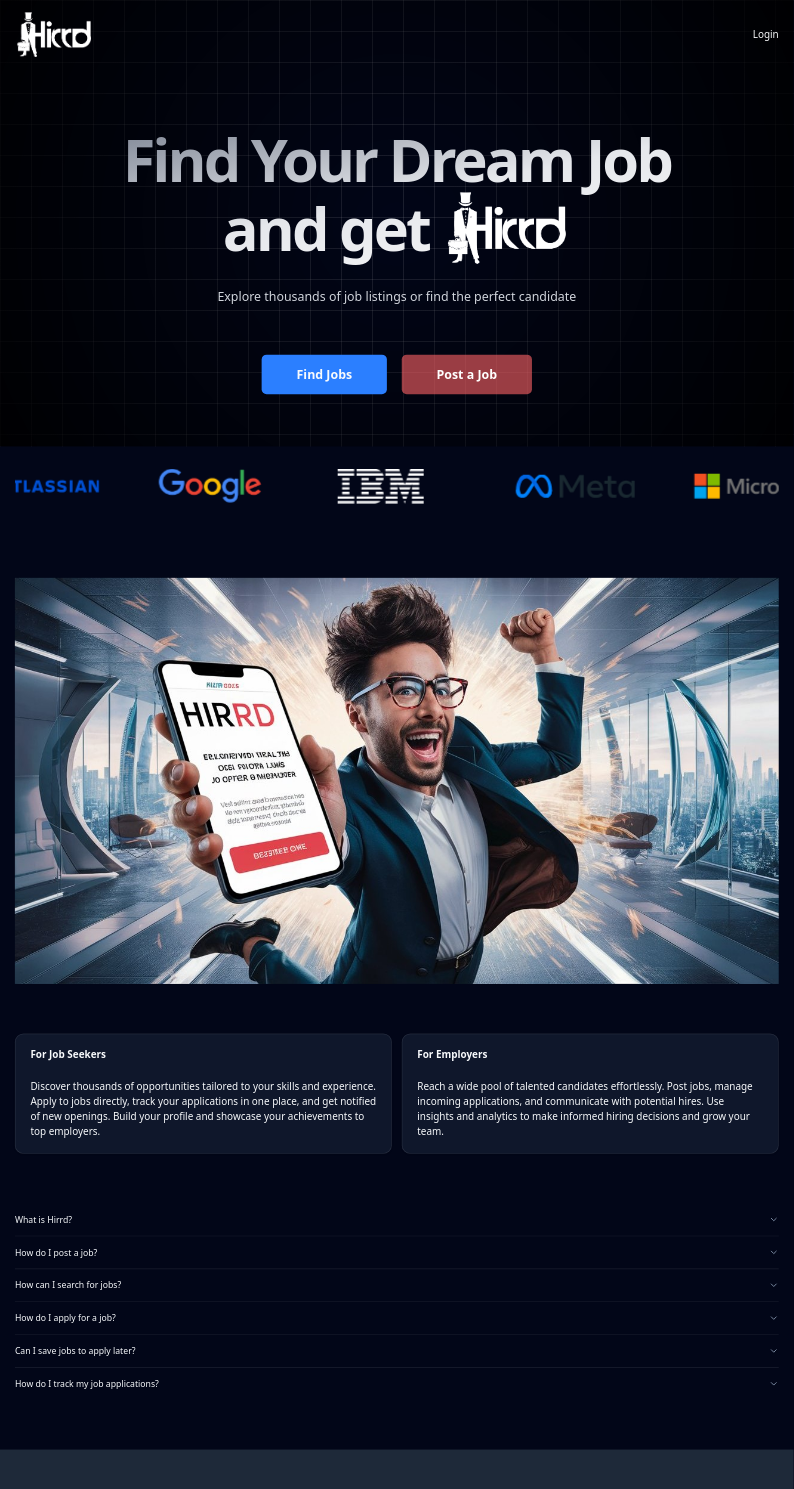
Repository: RahulRajKhadka/Job_protel_react
Page: /
The author's editor kept a copy of each file at every save. The page is drawn from the files as they stood at one save, then again after a run of saves.
The browser window is 1280 px wide. The pictures show the whole page, at 62% of full size.
The project was rebuilt for these pictures with package versions that can differ from the ones it lists, and the page was loaded fresh each time. Some packages were replaced by stand-ins written for this rebuild. Also part of the build but not shown: vite.config.js, src/pages/OnBoarding.jsx, src/pages/JobListing.jsx, src/pages/saved-job.jsx, src/pages/JobPage.jsx, src/pages/postJob.jsx, src/pages/MyJobs.jsx.

Above is the page before, as saved 2025-12-25 13:35:06.

### index.html
<!doctype html>
<html lang="en">
  <head>
    <meta charset="UTF-8" />
    <link rel="icon" type="image/svg+xml" href="/vite.svg" />
    <meta name="viewport" content="width=device-width, initial-scale=1.0" />
    <title>job-portel</title>
  </head>
  <body>
    <div id="root"></div>
    <script type="module" src="/src/main.jsx"></script>
  </body>
</html>

### src/main.jsx
import { StrictMode } from 'react'
  import { createRoot } from 'react-dom/client'
  import './index.css'
  import App from './App.jsx'
  import { ClerkProvider } from '@clerk/clerk-react'
  import {shadesOfPurple} from "@clerk/themes";

  // Import your Publishable Key
  const PUBLISHABLE_KEY = import.meta.env.VITE_CLERK_PUBLISHABLE_KEY

  if (!PUBLISHABLE_KEY) {
    throw new Error('Add your Clerk Publishable Key to the .env file')
  }

  createRoot(document.getElementById('root')).render(
    <StrictMode>
      <ClerkProvider
      appearance={{
        baseTheme:shadesOfPurple,
      }}
      publishableKey={PUBLISHABLE_KEY}>
        <App />
      </ClerkProvider>
    </StrictMode>,
  )

### src/App.jsx

import './App.css'
import { ThemeProvider } from "./components/ui/theme-provider.jsx"
import { RouterProvider } from 'react-router-dom'
import {Button} from "./components/ui/button.jsx"
import { createBrowserRouter } from 'react-router-dom'
import AppLayout from "./Layouts/AppLayout.jsx"
import LandingPage from './pages/LandingPage.jsx'

import OnBoarding from './pages/OnBoarding.jsx'
import JobListing from './pages/JobListing.jsx'
import SavedJob from './pages/saved-job.jsx'
import JobPage from "./pages/JobPage.jsx"
import PostJob from './pages/postJob'
import MyJobs from './pages/MyJobs'

const router=createBrowserRouter([


  {element:<AppLayout/>,
    children:[
      {
        path:'/',
        element:<LandingPage/>
      },

      {
        path:'/Onboarding',
        element:<OnBoarding/>
      },
      {
        path:'/jobs',
        element:<JobListing/>
      },
      {
        path:'/job/:id',
        element:<JobPage/>
      },
      {
        path:'/post-job',
        element:<PostJob/>
      },
      {
        path:'/saved-job',
        element:<SavedJob/>
      },
      {
        path:'/my-job',
        element:<MyJobs/>
      }
    ]

  }
]
)

function App() {


  return (
  <ThemeProvider defaultTheme="dark"  storageKey="vite-ui-theme">

      <RouterProvider router={router} />
  </ThemeProvider>
  )
}

export default App

### src/App.css

.grid-background {
  position: fixed;
  top: 0;
  left: 0;
  width: 100%;
  height: 100%;
  background: linear-gradient(
      to right,
      rgba(255, 255, 255, 0.1) 1px,
      transparent 1px
    ),
    linear-gradient(to bottom, rgba(255, 255, 255, 0.1) 1px, transparent 1px);
  background-size: 50px 50px;
  pointer-events: none;
  z-index: -1;
}

.grid-background::before {
  content: "";
  position: absolute;
  top: 0;
  left: 0;
  width: 100%;
  height: 100%;
  background: radial-gradient(circle, transparent, rgba(0, 0, 0, 0.9));
}

### src/components/ui/theme-provider.jsx
import { createContext, useContext, useEffect, useState } from "react";

const ThemeProviderContext = createContext({
  theme: "system",
  setTheme: () => null,
});

export function ThemeProvider({ children, defaultTheme = "system", storageKey = "vite-ui-theme", ...props }) {
  const [theme, setThemeState] = useState(
    () => localStorage.getItem(storageKey) || defaultTheme
  );

  useEffect(() => {
    const root = window.document.documentElement;
    root.classList.remove("light", "dark");

    if (theme === "system") {
      const systemTheme = window.matchMedia("(prefers-color-scheme: dark)").matches
        ? "dark"
        : "light";
      root.classList.add(systemTheme);
      return;
    }

    root.classList.add(theme);
  }, [theme]);

  const setTheme = (newTheme) => {
    localStorage.setItem(storageKey, newTheme);
    setThemeState(newTheme);
  };

  const value = { theme, setTheme };

  return (
    <ThemeProviderContext.Provider {...props} value={value}>
      {children}
    </ThemeProviderContext.Provider>
  );
}

export const useTheme = () => {
  const context = useContext(ThemeProviderContext);

  if (!context) throw new Error("useTheme must be used within a ThemeProvider");

  return context;
};

### src/components/ui/button.jsx
import * as React from "react"
import { Slot } from "@radix-ui/react-slot"
import { cva } from "class-variance-authority";

import { cn } from "@/lib/utils"

const buttonVariants = cva(
  "inline-flex items-center justify-center gap-2 whitespace-nowrap rounded-md text-sm font-medium transition-all disabled:pointer-events-none disabled:opacity-50 [&_svg]:pointer-events-none [&_svg:not([class*='size-'])]:size-4 shrink-0 [&_svg]:shrink-0 outline-none focus-visible:border-ring focus-visible:ring-ring/50 focus-visible:ring-[3px] aria-invalid:ring-destructive/20 dark:aria-invalid:ring-destructive/40 aria-invalid:border-destructive",
  {
    variants: {
      variant: {
        default: "bg-primary text-primary-foreground hover:bg-primary/90",
        destructive:
          "bg-destructive text-white hover:bg-destructive/90 focus-visible:ring-destructive/20 dark:focus-visible:ring-destructive/40 dark:bg-destructive/60",
        outline:
          "border bg-background shadow-xs hover:bg-accent hover:text-accent-foreground dark:bg-input/30 dark:border-input dark:hover:bg-input/50",
        secondary:
          "bg-secondary text-secondary-foreground hover:bg-secondary/80",
        ghost:
          "hover:bg-accent hover:text-accent-foreground dark:hover:bg-accent/50",
          blue:"bg-blue-500 hover:bg-blue-600",
        link: "text-primary underline-offset-4 hover:underline",
      },
      size: {
        default: "h-9 px-4 py-2 has-[>svg]:px-3",
        sm: "h-8 rounded-md gap-1.5 px-3 has-[>svg]:px-2.5",
        lg: "h-10 rounded-md px-6 has-[>svg]:px-4",
        xl:"h-14 sm:h-16 rounded-md px-14 text-lg sm:text-xl font-bold ",
        icon: "size-9",
        "icon-sm": "size-8",
        "icon-lg": "size-10",
      },
    },
    defaultVariants: {
      variant: "default",
      size: "default",
    },
  }
)

function Button({
  className,
  variant = "default",
  size = "default",
  asChild = false,
  ...props
}) {
  const Comp = asChild ? Slot : "button"

  return (
    <Comp
      data-slot="button"
      data-variant={variant}
      data-size={size}
      className={cn(buttonVariants({ variant, size, className }))}
      {...props} />
  );
}

export { Button, buttonVariants }

### src/Layouts/AppLayout.jsx
import Header from "../components/ui/Header"
import { Outlet } from "react-router-dom"

const AppLayout = () => {
  return (
    <div className="min-h-screen flex flex-col">
      <div className="grid-background"></div>

      <main className="w-full max-w-screen-xl mx-auto px-4 sm:px-6  flex-1">
        <Header />
        <Outlet />
      </main>

      <footer className="w-full bg-gray-800 py-8 text-center text-sm text-gray-300">
      </footer>
    </div>
  )
}

export default AppLayout

### src/pages/LandingPage.jsx
import { Button } from "../components/ui/button.jsx"
import { Card, CardContent, CardHeader, CardTitle } from "../components/ui/card.jsx";
import {
  Carousel,
  CarouselContent,
  CarouselItem,
} from "../components/ui/carousel.jsx"
import companies from "../data/companies.json"
import Autoplay from "embla-carousel-autoplay"
import {
  Accordion,
  AccordionContent,
  AccordionItem,
  AccordionTrigger,
} from "../components/ui/accordion.jsx"
import faqs from "../data/faq.json"
import { Link } from "react-router-dom";

const LandingPage = () => {
  return (
    <main className="flex flex-col gap-10 sm:gap-20 py-10 sm:py-20">
      <section className="text-center ">
        <h1 className="flex flex-col items-center justify-center gradient-title font-extrabold text-4xl sm:text-6xl lg:text-8xl tracking-tighter py-4">
          Find Your Dream Job
          <span className="flex items-center gap-2 sm:gap-6">
            and get
            <img
              src="/logo.png"
              className="h-14 sm:h-24 lg:h-32"
              alt="Hirrd Logo"
            />
          </span>
        </h1>
        <p className="text-gray-300 sm:mt-4 text-xs sm:text-xl">
          Explore thousands of job listings or find the perfect candidate
        </p>
      </section>
      <div className="flex gap-6 justify-center">
        <Link to={"/jobs"}>
          <Button variant="blue" size="xl">
            Find Jobs
          </Button>
        </Link>
        <Link to={"/post-job"}>
          <Button variant="destructive" size="xl">
            Post a Job
          </Button>
        </Link>
      </div>
      <Carousel
        plugins={[
          Autoplay({
            delay: 2000,
          }),
        ]}
        className="w-full py-10"
      >
        <CarouselContent className="flex gap-5 sm:gap-20 items-center">
          {companies.map(({ name, id, path }) => (
            <CarouselItem key={id} className="basis-1/3 lg:basis-1/6 ">
              <img
                src={path}
                alt={name}
                className="h-9 sm:h-14 object-contain"
              />
            </CarouselItem>
          ))}
        </CarouselContent>
      </Carousel>
<img src="/banner.jpeg" className="w-full" />

      <section className="grid grid-cols-1 md:grid-cols-2 gap-4">
  <Card>
    <CardHeader>
      <CardTitle className="font-bold">For Job Seekers</CardTitle>
    </CardHeader>
    <CardContent>
      Discover thousands of opportunities tailored to your skills and experience.
      Apply to jobs directly, track your applications in one place, and get notified of new openings.
      Build your profile and showcase your achievements to top employers.
    </CardContent>
  </Card>

  <Card>
    <CardHeader>
      <CardTitle className="font-bold">For Employers</CardTitle>
    </CardHeader>
    <CardContent>
      Reach a wide pool of talented candidates effortlessly.
      Post jobs, manage incoming applications, and communicate with potential hires.
      Use insights and analytics to make informed hiring decisions and grow your team.
    </CardContent>
  </Card>
</section>


      <Accordion type="multiple" className="w-full">
        {faqs.map((faq, index) => (
          <AccordionItem key={index} value={`item-${index + 1}`}>
            <AccordionTrigger>{faq.question}</AccordionTrigger>
            <AccordionContent>{faq.answer}</AccordionContent>
          </AccordionItem>
        ))}
      </Accordion>

    </main>
  );
};

export default LandingPage;

### src/components/ui/Header.jsx

import React from 'react'
import {Link} from "react-router-dom"
import { SignedIn, SignedOut, SignInButton, UserButton } from '@clerk/clerk-react';


const Header = () => {
  return (
    <div>
    <nav className='py-4 flex justify-between items-center'>
      <Link>
      <img src="./logo.png" className='h-20'>
      </img>
      </Link>
      <button variant="outline">Login</button>
       {/* <SignedOut>
        <SignInButton />
      </SignedOut>
      <SignedIn>
        <UserButton />
      </SignedIn> */}
    </nav>
    </div>
  )
}

export default Header

### src/components/ui/card.jsx
import * as React from "react"

import { cn } from "@/lib/utils"

function Card({
  className,
  ...props
}) {
  return (
    <div
      data-slot="card"
      className={cn(
        "bg-card text-card-foreground flex flex-col gap-6 rounded-xl border py-6 shadow-sm",
        className
      )}
      {...props} />
  );
}

function CardHeader({
  className,
  ...props
}) {
  return (
    <div
      data-slot="card-header"
      className={cn(
        "@container/card-header grid auto-rows-min grid-rows-[auto_auto] items-start gap-2 px-6 has-data-[slot=card-action]:grid-cols-[1fr_auto] [.border-b]:pb-6",
        className
      )}
      {...props} />
  );
}

function CardTitle({
  className,
  ...props
}) {
  return (
    <div
      data-slot="card-title"
      className={cn("leading-none font-semibold", className)}
      {...props} />
  );
}

function CardDescription({
  className,
  ...props
}) {
  return (
    <div
      data-slot="card-description"
      className={cn("text-muted-foreground text-sm", className)}
      {...props} />
  );
}

function CardAction({
  className,
  ...props
}) {
  return (
    <div
      data-slot="card-action"
      className={cn(
        "col-start-2 row-span-2 row-start-1 self-start justify-self-end",
        className
      )}
      {...props} />
  );
}

function CardContent({
  className,
  ...props
}) {
  return (<div data-slot="card-content" className={cn("px-6", className)} {...props} />);
}

function CardFooter({
  className,
  ...props
}) {
  return (
    <div
      data-slot="card-footer"
      className={cn("flex items-center px-6 [.border-t]:pt-6", className)}
      {...props} />
  );
}

export {
  Card,
  CardHeader,
  CardFooter,
  CardTitle,
  CardAction,
  CardDescription,
  CardContent,
}

### src/components/ui/carousel.jsx
import * as React from "react"
import useEmblaCarousel from "embla-carousel-react";
import { ArrowLeft, ArrowRight } from "lucide-react"

import { cn } from "@/lib/utils"
import { Button } from "@/components/ui/button"

const CarouselContext = React.createContext(null)

function useCarousel() {
  const context = React.useContext(CarouselContext)

  if (!context) {
    throw new Error("useCarousel must be used within a <Carousel />")
  }

  return context
}

function Carousel({
  orientation = "horizontal",
  opts,
  setApi,
  plugins,
  className,
  children,
  ...props
}) {
  const [carouselRef, api] = useEmblaCarousel({
    ...opts,
    axis: orientation === "horizontal" ? "x" : "y",
  }, plugins)
  const [canScrollPrev, setCanScrollPrev] = React.useState(false)
  const [canScrollNext, setCanScrollNext] = React.useState(false)

  const onSelect = React.useCallback((api) => {
    if (!api) return
    setCanScrollPrev(api.canScrollPrev())
    setCanScrollNext(api.canScrollNext())
  }, [])

  const scrollPrev = React.useCallback(() => {
    api?.scrollPrev()
  }, [api])

  const scrollNext = React.useCallback(() => {
    api?.scrollNext()
  }, [api])

  const handleKeyDown = React.useCallback((event) => {
    if (event.key === "ArrowLeft") {
      event.preventDefault()
      scrollPrev()
    } else if (event.key === "ArrowRight") {
      event.preventDefault()
      scrollNext()
    }
  }, [scrollPrev, scrollNext])

  React.useEffect(() => {
    if (!api || !setApi) return
    setApi(api)
  }, [api, setApi])

  React.useEffect(() => {
    if (!api) return
    onSelect(api)
    api.on("reInit", onSelect)
    api.on("select", onSelect)

    return () => {
      api?.off("select", onSelect)
    };
  }, [api, onSelect])

  return (
    <CarouselContext.Provider
      value={{
        carouselRef,
        api: api,
        opts,
        orientation:
          orientation || (opts?.axis === "y" ? "vertical" : "horizontal"),
        scrollPrev,
        scrollNext,
        canScrollPrev,
        canScrollNext,
      }}>
      <div
        onKeyDownCapture={handleKeyDown}
        className={cn("relative", className)}
        role="region"
        aria-roledescription="carousel"
        data-slot="carousel"
        {...props}>
        {children}
      </div>
    </CarouselContext.Provider>
  );
}

function CarouselContent({
  className,
  ...props
}) {
  const { carouselRef, orientation } = useCarousel()

  return (
    <div
      ref={carouselRef}
      className="overflow-hidden"
      data-slot="carousel-content">
      <div
        className={cn(
          "flex",
          orientation === "horizontal" ? "-ml-4" : "-mt-4 flex-col",
          className
        )}
        {...props} />
    </div>
  );
}

function CarouselItem({
  className,
  ...props
}) {
  const { orientation } = useCarousel()

  return (
    <div
      role="group"
      aria-roledescription="slide"
      data-slot="carousel-item"
      className={cn(
        "min-w-0 shrink-0 grow-0 basis-full",
        orientation === "horizontal" ? "pl-4" : "pt-4",
        className
      )}
      {...props} />
  );
}

function CarouselPrevious({
  className,
  variant = "outline",
  size = "icon",
  ...props
}) {
  const { orientation, scrollPrev, canScrollPrev } = useCarousel()

  return (
    <Button
      data-slot="carousel-previous"
      variant={variant}
      size={size}
      className={cn("absolute size-8 rounded-full", orientation === "horizontal"
        ? "top-1/2 -left-12 -translate-y-1/2"
        : "-top-12 left-1/2 -translate-x-1/2 rotate-90", className)}
      disabled={!canScrollPrev}
      onClick={scrollPrev}
      {...props}>
      <ArrowLeft />
      <span className="sr-only">Previous slide</span>
    </Button>
  );
}

function CarouselNext({
  className,
  variant = "outline",
  size = "icon",
  ...props
}) {
  const { orientation, scrollNext, canScrollNext } = useCarousel()

  return (
    <Button
      data-slot="carousel-next"
      variant={variant}
      size={size}
      className={cn("absolute size-8 rounded-full", orientation === "horizontal"
        ? "top-1/2 -right-12 -translate-y-1/2"
        : "-bottom-12 left-1/2 -translate-x-1/2 rotate-90", className)}
      disabled={!canScrollNext}
      onClick={scrollNext}
      {...props}>
      <ArrowRight />
      <span className="sr-only">Next slide</span>
    </Button>
  );
}

export { Carousel, CarouselContent, CarouselItem, CarouselPrevious, CarouselNext };

### src/components/ui/accordion.jsx
import * as React from "react"
import * as AccordionPrimitive from "@radix-ui/react-accordion"
import { ChevronDownIcon } from "lucide-react"

import { cn } from "@/lib/utils"

function Accordion({
  ...props
}) {
  return <AccordionPrimitive.Root data-slot="accordion" {...props} />;
}

function AccordionItem({
  className,
  ...props
}) {
  return (
    <AccordionPrimitive.Item
      data-slot="accordion-item"
      className={cn("border-b last:border-b-0", className)}
      {...props} />
  );
}

function AccordionTrigger({
  className,
  children,
  ...props
}) {
  return (
    <AccordionPrimitive.Header className="flex">
      <AccordionPrimitive.Trigger
        data-slot="accordion-trigger"
        className={cn(
          "focus-visible:border-ring focus-visible:ring-ring/50 flex flex-1 items-start justify-between gap-4 rounded-md py-4 text-left text-sm font-medium transition-all outline-none hover:underline focus-visible:ring-[3px] disabled:pointer-events-none disabled:opacity-50 [&[data-state=open]>svg]:rotate-180",
          className
        )}
        {...props}>
        {children}
        <ChevronDownIcon
          className="text-muted-foreground pointer-events-none size-4 shrink-0 translate-y-0.5 transition-transform duration-200" />
      </AccordionPrimitive.Trigger>
    </AccordionPrimitive.Header>
  );
}

function AccordionContent({
  className,
  children,
  ...props
}) {
  return (
    <AccordionPrimitive.Content
      data-slot="accordion-content"
      className="data-[state=closed]:animate-accordion-up data-[state=open]:animate-accordion-down overflow-hidden text-sm"
      {...props}>
      <div className={cn("pt-0 pb-4", className)}>{children}</div>
    </AccordionPrimitive.Content>
  );
}

export { Accordion, AccordionItem, AccordionTrigger, AccordionContent }

Loaded but not shown: src/lib/utils.js (common file); src/data/companies.json (common file); src/data/faq.json (26 lines, source omitted); src/index.css (133 lines, source omitted)

After the next 3 saves:
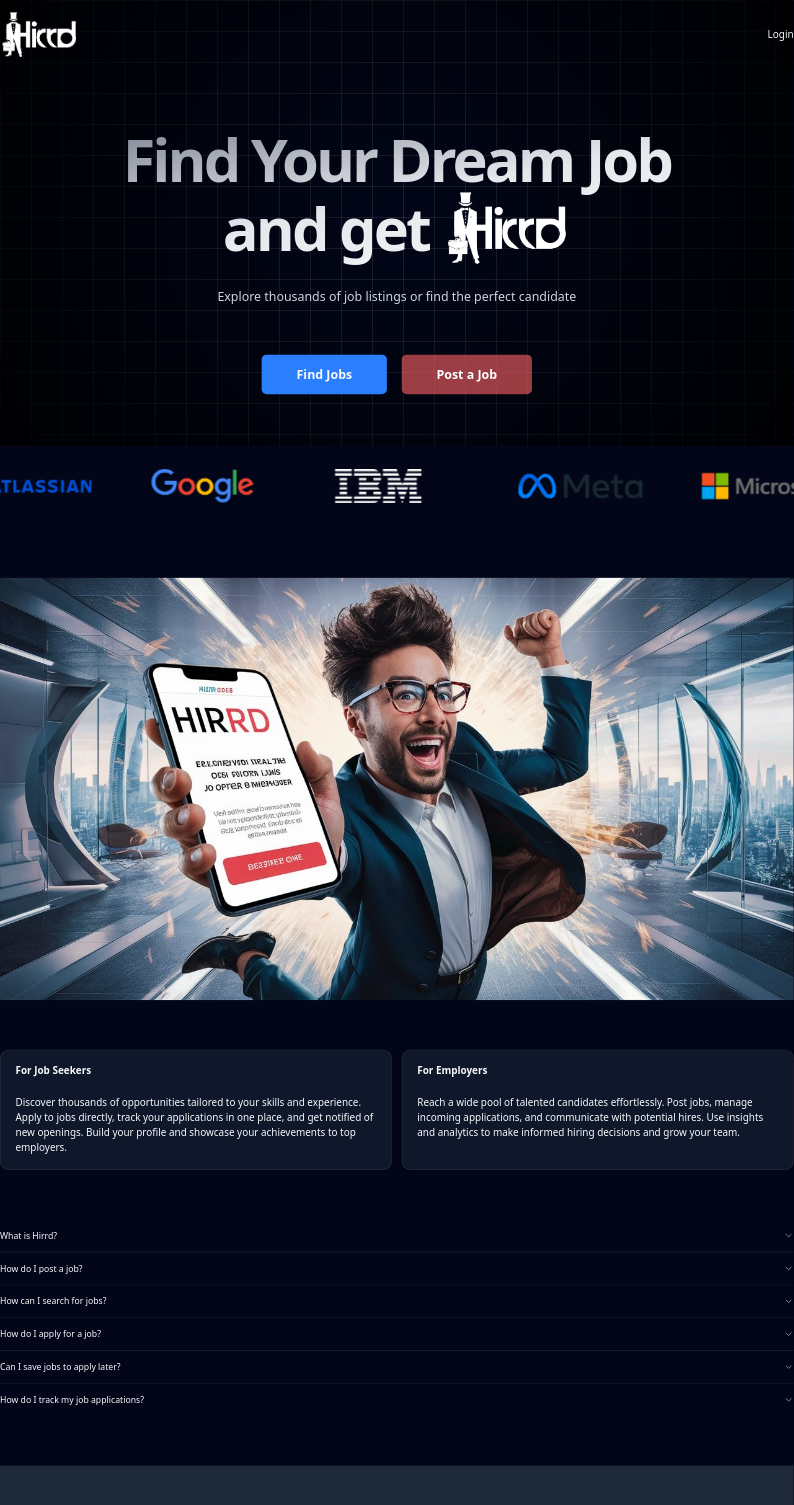
The 3 saves are shown as one change because they came seconds apart.
The last was saved 9 s later.
--- a/src/Layouts/AppLayout.jsx
+++ b/src/Layouts/AppLayout.jsx
@@ -6,7 +6,7 @@
     <div className="min-h-screen flex flex-col">
       <div className="grid-background"></div>
 
-      <main className="w-full max-w-screen-xl mx-auto px-4 sm:px-6  flex-1">
+      <main className="w-full max-w-screen-xl mx-auto ">
         <Header />
         <Outlet />
       </main>
